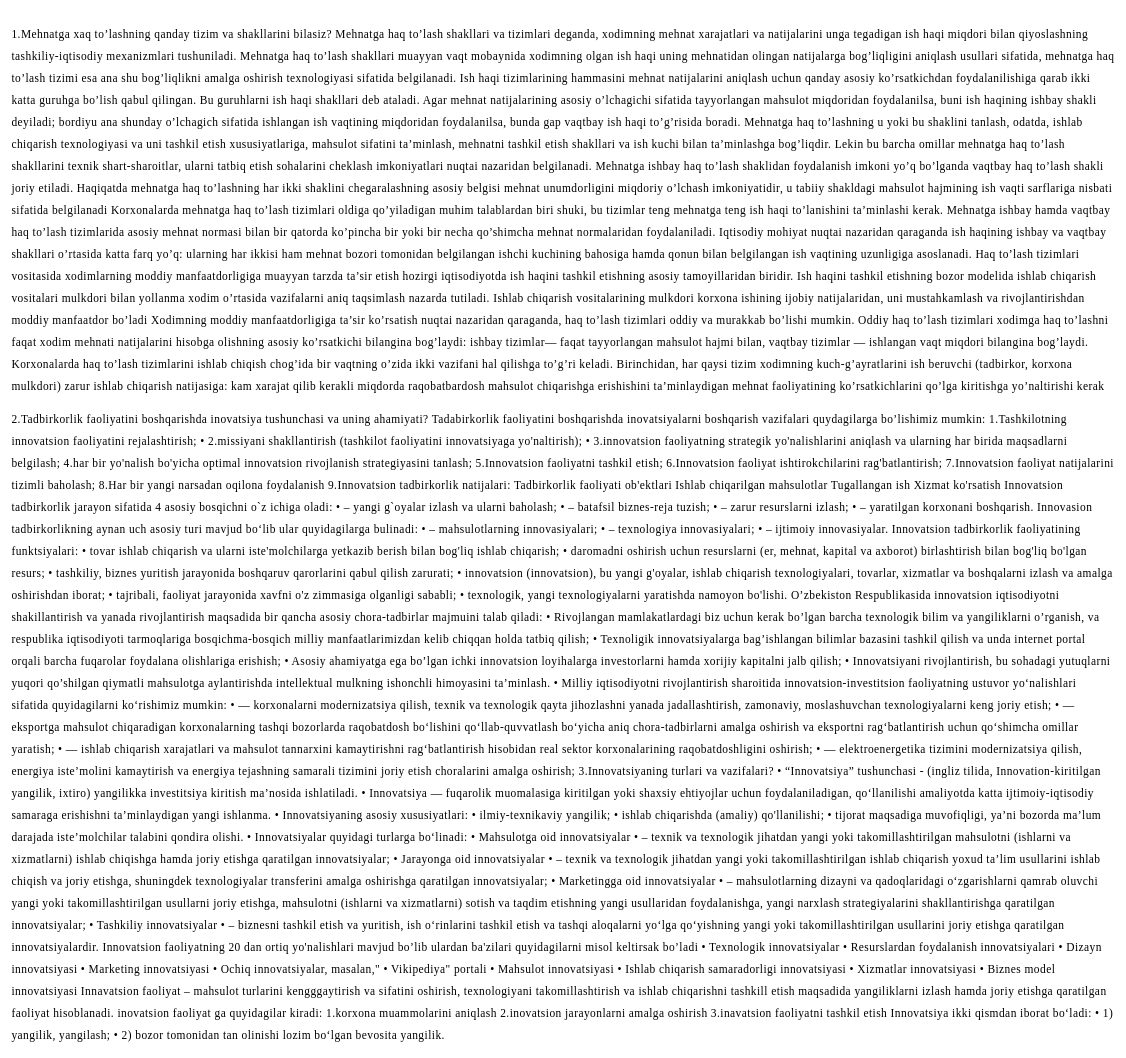
Repository: Ikromkhurozov/tsue-exam-answers
Page: index.html
An editor plug-in stored every save of this project. The page is shown before and after the next save, followed by the edit.
The browser window is 1280 px wide. The pictures show the whole page, at 88% of full size.

Above is the page before, as saved 2024-01-15 00:56:20.

### index.html
<!DOCTYPE html>
<html lang="en">
  <head>
    <meta charset="UTF-8" />
    <meta name="viewport" content="width=device-width, initial-scale=1.0" />
    <title>Document</title>
    <style>
      mark {
        font-weight: bold;
      }

      div {
        padding: 5px;
      }

      * {
        letter-spacing: 0.5px;
        line-height: 25px;
        font-size: 13px;
      }
    </style>
  </head>
  <body>

   <div>

      <p>1.Mehnatga xaq to’lashning qanday tizim va shakllarini bilasiz? Mehnatga haq to’lash shakllari va tizimlari deganda, xodimning mehnat xarajatlari va natijalarini unga tegadigan ish haqi miqdori bilan qiyoslashning tashkiliy-iqtisodiy mexanizmlari tushuniladi. Mehnatga haq to’lash shakllari muayyan vaqt mobaynida xodimning olgan ish haqi uning mehnatidan olingan natijalarga bog’liqligini aniqlash usullari sifatida, mehnatga haq to’lash tizimi esa ana shu bog’liqlikni amalga oshirish texnologiyasi sifatida belgilanadi.
         Ish haqi tizimlarining hammasini mehnat natijalarini aniqlash uchun qanday asosiy ko’rsatkichdan foydalanilishiga qarab ikki katta guruhga bo’lish qabul qilingan. Bu guruhlarni ish haqi shakllari deb ataladi. Agar mehnat natijalarining asosiy o’lchagichi sifatida tayyorlangan mahsulot miqdoridan foydalanilsa, buni ish haqining ishbay shakli deyiladi; bordiyu ana shunday o’lchagich sifatida ishlangan ish vaqtining miqdoridan foydalanilsa, bunda gap vaqtbay ish haqi to’g’risida boradi.
         Mehnatga haq to’lashning u yoki bu shaklini tanlash, odatda, ishlab chiqarish texnologiyasi va uni tashkil etish xususiyatlariga, mahsulot sifatini ta’minlash, mehnatni tashkil etish shakllari va ish kuchi bilan ta’minlashga bog’liqdir. Lekin bu barcha omillar mehnatga haq to’lash shakllarini texnik shart-sharoitlar, ularni tatbiq etish sohalarini cheklash imkoniyatlari nuqtai nazaridan belgilanadi. Mehnatga ishbay haq to’lash shaklidan foydalanish imkoni yo’q bo’lganda vaqtbay haq to’lash shakli joriy etiladi. Haqiqatda mehnatga haq to’lashning har ikki shaklini chegaralashning asosiy belgisi mehnat unumdorligini miqdoriy o’lchash imkoniyatidir, u tabiiy shakldagi mahsulot hajmining ish vaqti sarflariga nisbati sifatida belgilanadi
         Korxonalarda mehnatga haq to’lash tizimlari oldiga qo’yiladigan muhim talablardan biri shuki, bu tizimlar teng mehnatga teng ish haqi to’lanishini ta’minlashi kerak.
         Mehnatga ishbay hamda vaqtbay haq to’lash tizimlarida asosiy mehnat normasi bilan bir qatorda ko’pincha bir yoki bir necha qo’shimcha mehnat normalaridan foydalaniladi.
         Iqtisodiy mohiyat nuqtai nazaridan qaraganda ish haqining ishbay va vaqtbay shakllari o’rtasida katta farq yo’q: ularning har ikkisi ham mehnat bozori tomonidan belgilangan ishchi kuchining bahosiga hamda qonun bilan belgilangan ish vaqtining uzunligiga asoslanadi.
         Haq to’lash tizimlari vositasida xodimlarning moddiy manfaatdorligiga muayyan tarzda ta’sir etish hozirgi iqtisodiyotda ish haqini tashkil etishning asosiy tamoyillaridan biridir. Ish haqini tashkil etishning bozor modelida ishlab chiqarish vositalari mulkdori bilan yollanma xodim o’rtasida vazifalarni aniq taqsimlash nazarda tutiladi. Ishlab chiqarish vositalarining mulkdori korxona ishining ijobiy natijalaridan, uni mustahkamlash va rivojlantirishdan moddiy manfaatdor bo’ladi
         Xodimning moddiy manfaatdorligiga ta’sir ko’rsatish nuqtai nazaridan qaraganda, haq to’lash tizimlari oddiy va murakkab bo’lishi mumkin. Oddiy haq to’lash tizimlari xodimga haq to’lashni faqat xodim mehnati natijalarini hisobga olishning asosiy ko’rsatkichi bilangina bog’laydi: ishbay tizimlar— faqat tayyorlangan mahsulot hajmi bilan, vaqtbay tizimlar — ishlangan vaqt miqdori bilangina bog’laydi.
         Korxonalarda haq to’lash tizimlarini ishlab chiqish chog’ida bir vaqtning o’zida ikki vazifani hal qilishga to’g’ri keladi. Birinchidan, har qaysi tizim xodimning kuch-g’ayratlarini ish beruvchi (tadbirkor, korxona mulkdori) zarur ishlab chiqarish natijasiga: kam xarajat qilib kerakli miqdorda raqobatbardosh mahsulot chiqarishga erishishini ta’minlaydigan mehnat faoliyatining ko’rsatkichlarini qo’lga kiritishga yo’naltirishi kerak
         </p>




2.Tadbirkorlik faoliyatini boshqarishda inovatsiya tushunchasi va uning ahamiyati?
Tadabirkorlik faoliyatini boshqarishda inovatsiyalarni boshqarish vazifalari quydagilarga bo’lishimiz mumkin: 1.Tashkilotning innovatsion faoliyatini rejalashtirish;
•	2.missiyani shakllantirish (tashkilot faoliyatini innovatsiyaga yo'naltirish);
•	3.innovatsion faoliyatning strategik yo'nalishlarini aniqlash va ularning har birida maqsadlarni belgilash; 4.har bir yo'nalish bo'yicha optimal innovatsion rivojlanish strategiyasini tanlash; 5.Innovatsion faoliyatni tashkil etish; 6.Innovatsion faoliyat ishtirokchilarini rag'batlantirish; 7.Innovatsion faoliyat natijalarini tizimli baholash; 8.Har bir yangi narsadan oqilona foydalanish 9.Innovatsion tadbirkorlik natijalari: Tadbirkorlik faoliyati ob'ektlari Ishlab chiqarilgan mahsulotlar Tugallangan ish Xizmat ko'rsatish
Innovatsion tadbirkorlik jarayon sifatida 4 asosiy bosqichni o`z ichiga oladi:
•	– yangi g`oyalar izlash va ularni baholash;
•	– batafsil biznes-reja tuzish;
•	– zarur resurslarni izlash;
•	– yaratilgan korxonani boshqarish.

Innovasion tadbirkorlikning aynan uch asosiy turi mavjud boʻlib ular quyidagilarga bulinadi:
•	– mahsulotlarning innovasiyalari;
•	– texnologiya innovasiyalari;
•	– ijtimoiy innovasiyalar.

Innovatsion tadbirkorlik faoliyatining funktsiyalari:
•	tovar ishlab chiqarish va ularni iste'molchilarga yetkazib berish bilan bog'liq ishlab chiqarish;
•	daromadni oshirish uchun resurslarni (er, mehnat, kapital va axborot) birlashtirish bilan bog'liq bo'lgan resurs;
•	tashkiliy, biznes yuritish jarayonida boshqaruv qarorlarini qabul qilish zarurati;
•	innovatsion (innovatsion), bu yangi g'oyalar, ishlab chiqarish texnologiyalari, tovarlar, xizmatlar va boshqalarni izlash va amalga oshirishdan iborat;
•	tajribali, faoliyat jarayonida xavfni o'z zimmasiga olganligi sababli;
•	texnologik, yangi texnologiyalarni yaratishda namoyon bo'lishi.
	O’zbekiston Respublikasida innovatsion iqtisodiyotni shakillantirish va yanada rivojlantirish maqsadida bir qancha asosiy chora-tadbirlar majmuini talab qiladi:
•	Rivojlangan mamlakatlardagi biz uchun kerak bo’lgan barcha texnologik bilim va yangiliklarni o’rganish, va respublika iqtisodiyoti tarmoqlariga bosqichma-bosqich milliy manfaatlarimizdan kelib chiqqan holda tatbiq qilish;
•	Texnoligik innovatsiyalarga bag’ishlangan bilimlar bazasini tashkil qilish va unda internet portal orqali barcha fuqarolar foydalana olishlariga erishish;
•	Asosiy ahamiyatga ega bo’lgan ichki innovatsion loyihalarga investorlarni hamda xorijiy kapitalni jalb qilish;
•	Innovatsiyani rivojlantirish, bu sohadagi yutuqlarni yuqori qo’shilgan qiymatli mahsulotga aylantirishda intellektual mulkning ishonchli himoyasini ta’minlash.
•		Milliy iqtisodiyotni rivojlantirish sharoitida innovatsion-investitsion faoliyatning ustuvor yo‘nalishlari sifatida quyidagilarni ko‘rishimiz mumkin:
•	— korxonalarni modernizatsiya qilish, texnik va texnologik qayta jihozlashni yanada jadallashtirish, zamonaviy, moslashuvchan texnologiyalarni keng joriy etish;
•	— eksportga mahsulot chiqaradigan korxonalarning tashqi bozorlarda raqobatdosh bo‘lishini qo‘llab-quvvatlash bo‘yicha aniq chora-tadbirlarni amalga oshirish va eksportni rag‘batlantirish uchun qo‘shimcha omillar yaratish;
•	— ishlab chiqarish xarajatlari va mahsulot tannarxini kamaytirishni rag‘batlantirish hisobidan real sektor korxonalarining raqobatdoshligini oshirish;
•	— elektroenergetika tizimini modernizatsiya qilish, energiya iste’molini kamaytirish va energiya tejashning samarali tizimini joriy etish choralarini amalga oshirish;


3.Innovatsiyaning turlari va vazifalari?
•	“Innovatsiya”  tushunchasi - (ingliz tilida, Innovation-kiritilgan yangilik, ixtiro) yangilikka  investitsiya    kiritish     ma’nosida ishlatiladi.
•	Innovatsiya — fuqarolik muomalasiga kiritilgan yoki shaxsiy ehtiyojlar uchun foydalaniladigan, qo‘llanilishi amaliyotda katta ijtimoiy-iqtisodiy samaraga erishishni ta’minlaydigan yangi ishlanma.
•	Innovatsiyaning asosiy xususiyatlari:
•	ilmiy-texnikaviy yangilik;
•	ishlab chiqarishda (amaliy) qo'llanilishi;
•	tijorat maqsadiga muvofiqligi, ya’ni bozorda ma’lum darajada iste’molchilar
talabini qondira olishi.

•	Innovatsiyalar quyidagi turlarga bo‘linadi:
•	Mahsulotga oid innovatsiyalar
•	–  texnik va texnologik jihatdan yangi yoki takomillashtirilgan mahsulotni (ishlarni va xizmatlarni) ishlab chiqishga hamda joriy etishga qaratilgan innovatsiyalar;
•	Jarayonga oid innovatsiyalar
•	– texnik va texnologik jihatdan yangi yoki takomillashtirilgan ishlab chiqarish yoxud ta’lim usullarini ishlab chiqish va joriy etishga, shuningdek texnologiyalar transferini amalga oshirishga qaratilgan innovatsiyalar;
•	Marketingga oid innovatsiyalar
•	– mahsulotlarning dizayni va qadoqlaridagi o‘zgarishlarni qamrab oluvchi yangi yoki takomillashtirilgan usullarni joriy etishga, mahsulotni (ishlarni va xizmatlarni) sotish va taqdim etishning yangi usullaridan foydalanishga, yangi narxlash strategiyalarini shakllantirishga qaratilgan innovatsiyalar;
•	Tashkiliy innovatsiyalar
•	– biznesni tashkil etish va yuritish, ish o‘rinlarini tashkil etish va tashqi aloqalarni yo‘lga qo‘yishning yangi yoki takomillashtirilgan usullarini joriy etishga qaratilgan innovatsiyalardir.

Innovatsion faoliyatning 20 dan ortiq yo'nalishlari mavjud bo’lib ulardan ba'zilari quyidagilarni misol keltirsak bo’ladi
•	Texnologik innovatsiyalar
•	Resurslardan foydalanish innovatsiyalari
•	Dizayn innovatsiyasi
•	Marketing innovatsiyasi
•	Ochiq innovatsiyalar, masalan,"
•	Vikipediya" portali
•	Mahsulot innovatsiyasi
•	Ishlab chiqarish samaradorligi innovatsiyasi
•	Xizmatlar innovatsiyasi
•	Biznes model innovatsiyasi

Innavatsion faoliyat – mahsulot turlarini kengggaytirish va sifatini oshirish, texnologiyani takomillashtirish va ishlab chiqarishni  tashkill etish maqsadida yangiliklarni izlash hamda joriy etishga qaratilgan faoliyat hisoblanadi. inovatsion faoliyat ga quyidagilar kiradi: 1.korxona muammolarini aniqlash 2.inovatsion jarayonlarni amalga oshirish 3.inavatsion faoliyatni tashkil etish
Innovatsiya ikki qismdan iborat bo‘ladi:
•	1) yangilik, yangilash;
•	2) bozor tomonidan tan olinishi lozim bo‘lgan bevosita yangilik.






   </div>

  </body>
</html>

After the next save:
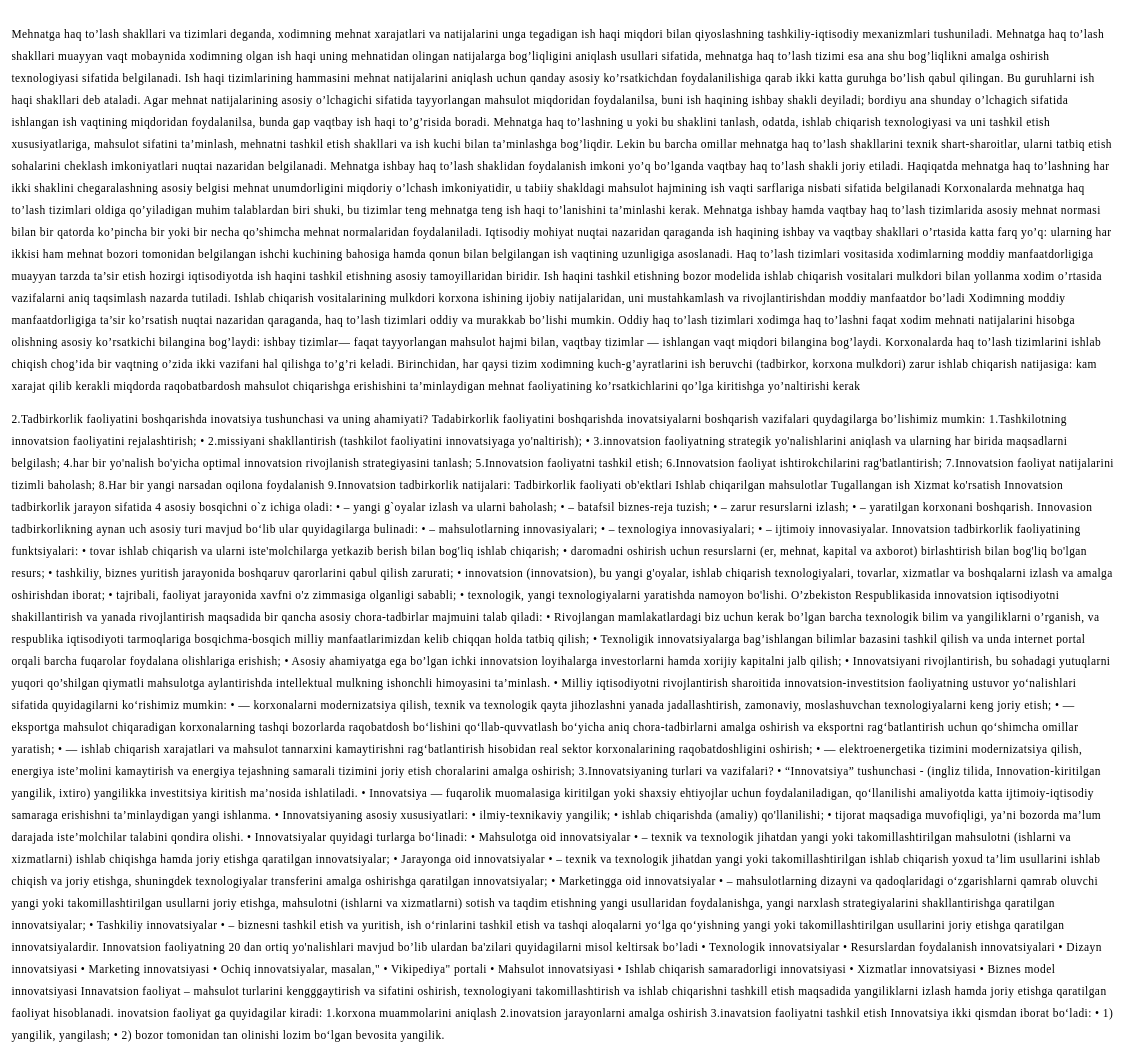
Saved 13 s later.
--- a/index.html
+++ b/index.html
@@ -24,7 +24,7 @@
 
    <div>
 
-      <p>1.Mehnatga xaq to’lashning qanday tizim va shakllarini bilasiz? Mehnatga haq to’lash shakllari va tizimlari deganda, xodimning mehnat xarajatlari va natijalarini unga tegadigan ish haqi miqdori bilan qiyoslashning tashkiliy-iqtisodiy mexanizmlari tushuniladi. Mehnatga haq to’lash shakllari muayyan vaqt mobaynida xodimning olgan ish haqi uning mehnatidan olingan natijalarga bog’liqligini aniqlash usullari sifatida, mehnatga haq to’lash tizimi esa ana shu bog’liqlikni amalga oshirish texnologiyasi sifatida belgilanadi.
+      <p> Mehnatga haq to’lash shakllari va tizimlari deganda, xodimning mehnat xarajatlari va natijalarini unga tegadigan ish haqi miqdori bilan qiyoslashning tashkiliy-iqtisodiy mexanizmlari tushuniladi. Mehnatga haq to’lash shakllari muayyan vaqt mobaynida xodimning olgan ish haqi uning mehnatidan olingan natijalarga bog’liqligini aniqlash usullari sifatida, mehnatga haq to’lash tizimi esa ana shu bog’liqlikni amalga oshirish texnologiyasi sifatida belgilanadi.
          Ish haqi tizimlarining hammasini mehnat natijalarini aniqlash uchun qanday asosiy ko’rsatkichdan foydalanilishiga qarab ikki katta guruhga bo’lish qabul qilingan. Bu guruhlarni ish haqi shakllari deb ataladi. Agar mehnat natijalarining asosiy o’lchagichi sifatida tayyorlangan mahsulot miqdoridan foydalanilsa, buni ish haqining ishbay shakli deyiladi; bordiyu ana shunday o’lchagich sifatida ishlangan ish vaqtining miqdoridan foydalanilsa, bunda gap vaqtbay ish haqi to’g’risida boradi.
          Mehnatga haq to’lashning u yoki bu shaklini tanlash, odatda, ishlab chiqarish texnologiyasi va uni tashkil etish xususiyatlariga, mahsulot sifatini ta’minlash, mehnatni tashkil etish shakllari va ish kuchi bilan ta’minlashga bog’liqdir. Lekin bu barcha omillar mehnatga haq to’lash shakllarini texnik shart-sharoitlar, ularni tatbiq etish sohalarini cheklash imkoniyatlari nuqtai nazaridan belgilanadi. Mehnatga ishbay haq to’lash shaklidan foydalanish imkoni yo’q bo’lganda vaqtbay haq to’lash shakli joriy etiladi. Haqiqatda mehnatga haq to’lashning har ikki shaklini chegaralashning asosiy belgisi mehnat unumdorligini miqdoriy o’lchash imkoniyatidir, u tabiiy shakldagi mahsulot hajmining ish vaqti sarflariga nisbati sifatida belgilanadi
          Korxonalarda mehnatga haq to’lash tizimlari oldiga qo’yiladigan muhim talablardan biri shuki, bu tizimlar teng mehnatga teng ish haqi to’lanishini ta’minlashi kerak.
